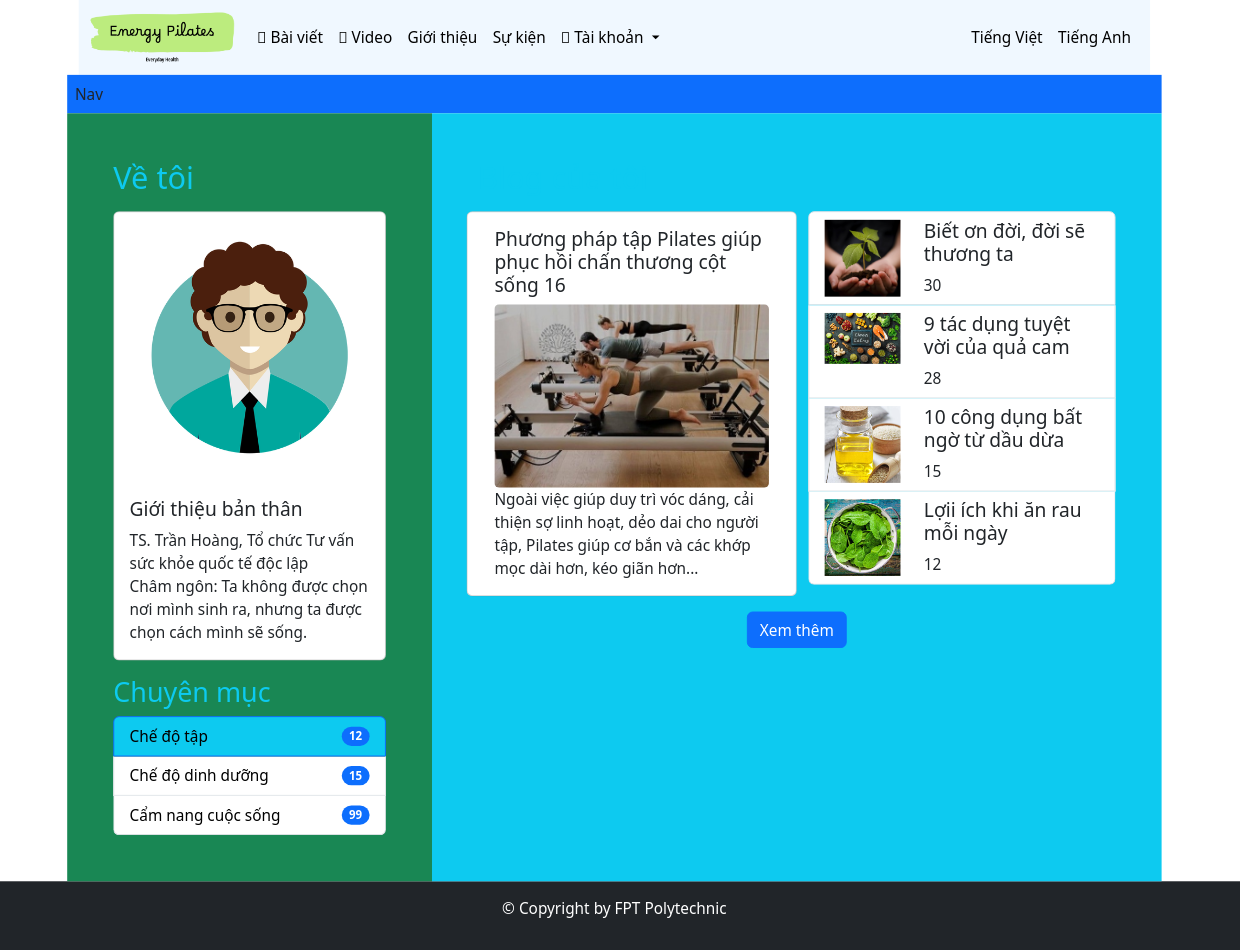
Repository: KizukoHeiwa/SOF308
Page: Lab1/index.html
An editor plug-in stored every save of this project. The page is shown before and after the next save, followed by the edit.
The browser window is 1280 px wide. The page is 1292 px wide, so the pictures cover 1292 px, including what lies to the right of the window. The pictures show the whole page, at 96% of full size.

Above is the page before, as saved 2024-10-31 10:44:10.

### Lab1/index.html
<!DOCTYPE html>
<html lang="en">
<head>
    <meta charset="UTF-8">
    <meta name="viewport" content="width=device-width, initial-scale=1.0">
    <title>FPT Polytechnic</title>
    <link href="https://cdn.jsdelivr.net/npm/bootstrap@5.3.3/dist/css/bootstrap.min.css" rel="stylesheet" integrity="sha384-QWTKZyjpPEjISv5WaRU9OFeRpok6YctnYmDr5pNlyT2bRjXh0JMhjY6hW+ALEwIH" crossorigin="anonymous">
    <script src="https://cdn.jsdelivr.net/npm/bootstrap@5.3.3/dist/js/bootstrap.bundle.min.js" integrity="sha384-YvpcrYf0tY3lHB60NNkmXc5s9fDVZLESaAA55NDzOxhy9GkcIdslK1eN7N6jIeHz" crossorigin="anonymous"></script>
    <link rel="stylesheet" href="https://cdnjs.cloudflare.com/ajax/libs/font-awesome/4.7.0/css/font-awesome.min.css">
    <style>
        header{
            background-color: aliceblue;
            /* box-shadow: 1px 1px 2px 1px lightgray; */
        }
        .nav-link{
            color: black;
        }
        .nav-link:hover{
            color: green;
        }
        .navbar-nav .nav-link.active, .navbar-nav .nav-link.show {
            color: green;
        }
        .button-wrapper{
            display: flex;
            justify-content: center;
            align-items: center;
        }
        .footer-content{
            color: white;
            text-align: center;
        }
    </style>

</head>
<body>
    <div class="container">
        <header>
            <nav class="navbar navbar-expand-sm">
                <div class="container">
                    <a class="navbar-brand" href="#">
                        <img src="img/logo-energy-pilates.png" alt="" style="width: 150px;">
                    </a>
                    <div class="collapse navbar-collapse" id="collapsibleNavbar">
                        <ul class="navbar-nav me-auto">
                            <li class="nav-item">
                                <a class="nav-link" href="#"><i class="fa-solid fa-list"></i> Bài viết</a>
                            </li>
                            <li class="nav-item">
                                <a class="nav-link" href="#"><i class="fa-solid fa-film"></i> Video</a>
                            </li>
                            <li class="nav-item">
                                <a class="nav-link" href="#"><i class="fa-solid fa-circle-info"></i> Giới thiệu</a>
                            </li>
                            <li class="nav-item">
                                <a class="nav-link" href="#"><i class="fa-solid fa-calendar-days"></i> Sự kiện</a>
                            </li>
                            <li class="nav-item dropdown">
                                <a class="nav-link dropdown-toggle" href="#" role="button" data-bs-toggle="dropdown">
                                    <i class="fa-solid fa-user"></i> Tài khoản
                                </a>
                                <ul class="dropdown-menu">
                                    <li><a class="dropdown-item" href="#">Đăng nhập</a></li>
                                    <li><a class="dropdown-item" href="#">Quên mật khẩu</a></li>
                                    <li><a class="dropdown-item" href="#">Đăng ký thành viên</a></li>
                                </ul>
                            </li>
                        </ul>
                        <ul class="navbar-nav d-flex">
                            <li class="nav-item">
                                <a class="nav-link">Tiếng Việt</a>
                            </li>
                            <li class="nav-item">
                                <a class="nav-link">Tiếng Anh</a>
                            </li>
                        </ul>
                    </div>
                </div>
            </nav>
        </header>
        <nav class="row bg-primary p-2">Nav</nav>
        <section class="row">
            <aside class="col-sm-4 bg-success p-5">
                <div class="col-sm">
                    <h2 class="text-info mb-3">Về tôi</h2>
                    <div class="card mb-3">
                        <img src="img/avatar.png" class="card-img-top" alt="">
                        <div class="card-body">
                            <h5 class="card-title">Giới thiệu bản thân</h5>
                            <p class="card-text">TS. Trần Hoàng, Tổ chức Tư vấn sức khỏe quốc tế độc lập <br>
                                Châm ngôn: Ta không được chọn nơi mình sinh ra, nhưng ta được chọn cách mình sẽ sống.
                            </p>
                        </div>
                    </div>

                    <h3 class="text-info mt-2">Chuyên mục</h3>
                    <ul class="list-group">
                        <li class="list-group-item active bg-info d-flex justify-content-between align-items-center">
                            <a class="nav-link" href="#">Chế độ tập</a>
                            <span class="badge bg-primary rounded-pill">12</span>
                        </li>
                        <li class="list-group-item d-flex justify-content-between align-items-center">
                            <a class="nav-link" href="#">Chế độ dinh dưỡng</a>
                            <span class="badge bg-primary rounded-pill">15</span>
                        </li>
                        <li class="list-group-item d-flex justify-content-between align-items-center">
                            <a class="nav-link" href="#">Cẩm nang cuộc sống</a>
                            <span class="badge bg-primary rounded-pill">99</span>
                        </li>
                    </ul>
                    <!-- end Chuyên mục -->
                </div>
            </aside>
            <article class="col-sm-8 bg-info p-5">
                <div class="row">
                        <h2 class="text-info mb-3">Blog của tôi</h2>
                        <div class="card col-sm-6">
                            <div class="card-body">
                                <h5 class="card-title">Phương pháp tập Pilates giúp phục hồi chấn thương cột sống <i class="fa-solid fa-message"></i> 16</h5>
                                <img src="img/tap-piltes.jpg" alt="" class="card-img">
                                <p class="card-text">Ngoài việc giúp duy trì vóc dáng, cải thiện sợ linh hoạt, dẻo dai cho người tập, Pilates giúp cơ bắn và các khớp mọc dài hơn, kéo giãn hơn...</p>
                            </div>
                        </div>
                        <div class="col-sm-6">
                            <ul class="list-group">
                                <li class="list-group-item d-flex justify-content-between align-items-start">
                                    <div class="row">
                                        <div class="col-4">
                                            <img src="img/corevalue.jpg" alt="" class="card-img">
                                        </div>
                                        <div class="col-8">
                                            <h5>Biết ơn đời, đời sẽ thương ta</h5>
                                            <span>30</span>
                                        </div>
                                    </div>
                                </li>
                                <li class="list-group-item d-flex justify-content-between align-items-start">
                                    <div class="row">
                                        <div class="col-4">
                                            <img src="img/eat-clean.png" alt="" class="card-img">
                                        </div>
                                        <div class="col-8">
                                            <h5>9 tác dụng tuyệt vời của quả cam</h5>
                                            <span>28</span>
                                        </div>
                                    </div>
                                </li>
                                <li class="list-group-item d-flex justify-content-between align-items-start">
                                    <div class="row">
                                        <div class="col-4">
                                            <img src="img/sesameoil_300x300.jpg" alt="" class="card-img">
                                        </div>
                                        <div class="col-8">
                                            <h5>10 công dụng bất ngờ từ dầu dừa</h5>
                                            <span>15</span>
                                        </div>
                                    </div>
                                </li>
                                <li class="list-group-item d-flex justify-content-between align-items-start">
                                    <div class="row">
                                        <div class="col-4">
                                            <img src="img/spinach_300x300.jpg" alt="" class="card-img">
                                        </div>
                                        <div class="col-8">
                                            <h5>Lợii ích khi ăn rau mỗi ngày</h5>
                                            <span>12</span>
                                        </div>
                                    </div>
                                </li>
                            </ul>
                        </div>
                    </div>
                    <div class="button-wrapper">
                        <button type="button" class="btn btn-primary m-3">Xem thêm</button>
                    </div>
                </div>
            </article>
        </section>
        <footer class="row bg-dark p-3">
            <p class="footer-content">&copy; Copyright by FPT Polytechnic</p>
        </footer>
    </div>
</body>
</html>

After the next save:
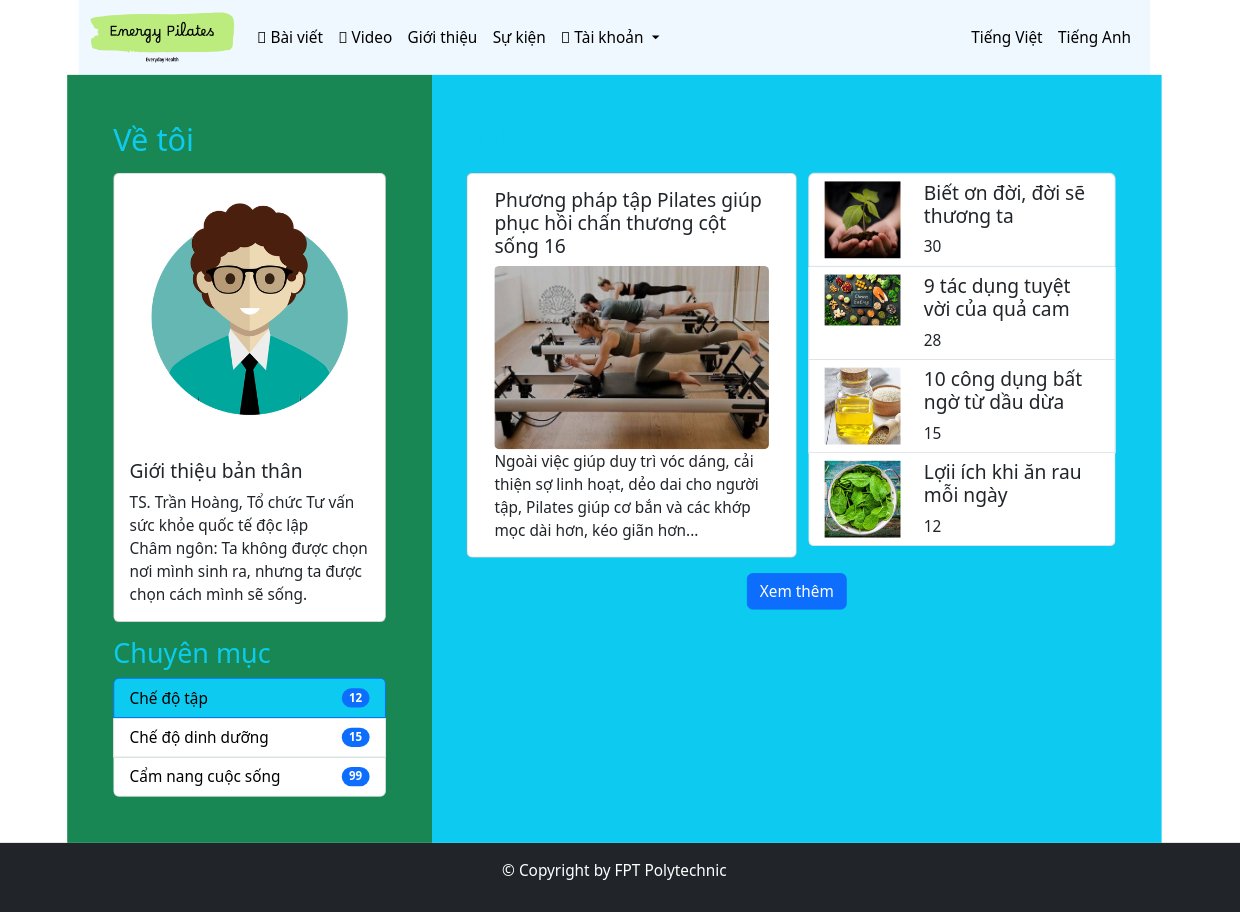
Saved 15 s later.
--- a/Lab1/index.html
+++ b/Lab1/index.html
@@ -78,7 +78,6 @@
                 </div>
             </nav>
         </header>
-        <nav class="row bg-primary p-2">Nav</nav>
         <section class="row">
             <aside class="col-sm-4 bg-success p-5">
                 <div class="col-sm">
